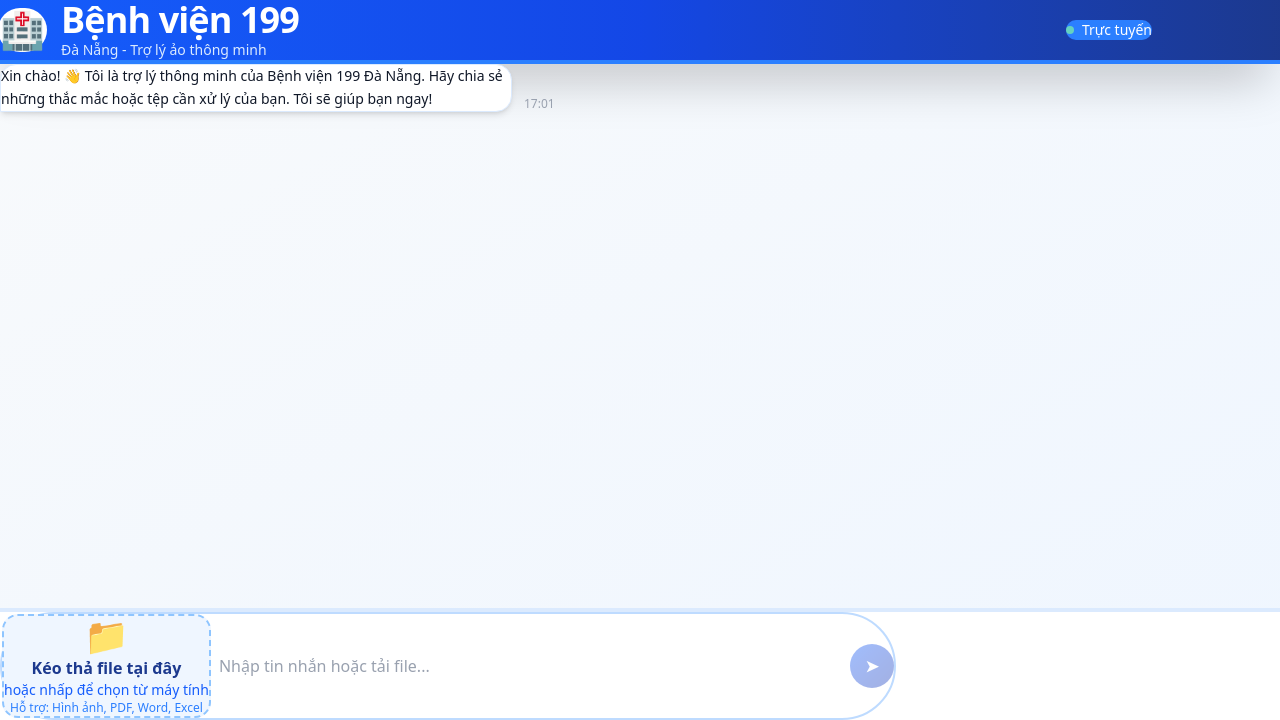
Repository: France2003/B-nh_Vi-n_199
Page: /
These files come from the project's save history. The page is drawn as it stood at one moment and after the next save; the edit follows.
The browser window is 1280 px wide. The pictures show the whole page.
The project was rebuilt for these pictures with package versions that can differ from the ones it lists, and the page was loaded fresh each time. Also part of the build but not shown: vite.config.ts, src/App.css, src/components/FilePreview.tsx.

Above is the page before, as saved 2026-01-10 00:11:07.

### index.html
<!doctype html>
<html lang="en">
  <head>
    <meta charset="UTF-8" />
    <link rel="icon" type="image/svg+xml" href="/vite.svg" />
    <meta name="viewport" content="width=device-width, initial-scale=1.0" />
    <title>chat199</title>
  </head>
  <body>
    <div id="root"></div>
    <script type="module" src="/src/main.tsx"></script>
  </body>
</html>

### src/index.css
@import "tailwindcss";

:root {
  --hospital-50: #f0f7fc;
  --hospital-100: #dceef9;
  --hospital-200: #b9def3;
  --hospital-300: #8fcde9;
  --hospital-400: #5ab9dd;
  --hospital-500: #35a4d0;
  --hospital-600: #2a7bb7;
  --hospital-700: #1e5b8d;
  --hospital-800: #0d4a73;
  --hospital-900: #081f2e;
}

* {
  @apply m-0 p-0 box-border;
}

html,
body {
  @apply h-full w-full;
}

body {
  @apply overflow-hidden;
}

#root {
  @apply h-screen w-screen;
}

/* Scrollbar Styling */
::-webkit-scrollbar {
  @apply w-2 h-2;
}

::-webkit-scrollbar-track {
  @apply bg-transparent;
}

::-webkit-scrollbar-thumb {
  background-color: rgb(13, 74, 115, 0.3);
  border-radius: 4px;
}

::-webkit-scrollbar-thumb:hover {
  background-color: rgb(13, 74, 115, 0.5);
}

/* Custom animations */
@keyframes slideIn {
  from {
    opacity: 0;
    transform: translateY(10px);
  }
  to {
    opacity: 1;
    transform: translateY(0);
  }
}

@keyframes bounce {
  0%, 80%, 100% {
    opacity: 0.5;
    transform: translateY(0);
  }
  40% {
    opacity: 1;
    transform: translateY(-10px);
  }
}

.animate-in {
  animation: slideIn 0.3s ease forwards;
}

.delay-200 {
  animation-delay: 200ms;
}

.delay-400 {
  animation-delay: 400ms;
}

.slide-in-from-bottom-2 {
  --tw-enter-translate-y: 8px;
}

### src/App.tsx
import './App.css'
import { ChatBot } from './components/ChatBot'

function App() {
  return <ChatBot />
}

export default App

### src/components/ChatBot.tsx
import React, { useState, useRef, useEffect } from 'react';
import type { Message, UploadedFile } from '../types';
import { ChatMessage } from './ChatMessage';
import { FileUploader } from './FileUploader';
import { FilePreview } from './FilePreview';

export const ChatBot: React.FC = () => {
  const [messages, setMessages] = useState<Message[]>([
    {
      id: '1',
      type: 'bot',
      content: 'Xin chào! 👋 Tôi là trợ lý thông minh của Bệnh viện 199 Đà Nẵng. Hãy chia sẻ những thắc mắc hoặc tệp cần xử lý của bạn. Tôi sẽ giúp bạn ngay!',
      timestamp: new Date(),
    },
  ]);

  const [uploadedFiles, setUploadedFiles] = useState<UploadedFile[]>([]);
  const [inputValue, setInputValue] = useState('');
  const [isLoading, setIsLoading] = useState(false);
  const messagesEndRef = useRef<HTMLDivElement>(null);
  const inputRef = useRef<HTMLInputElement>(null);

  const scrollToBottom = () => {
    messagesEndRef.current?.scrollIntoView({ behavior: 'smooth' });
  };

  useEffect(() => {
    scrollToBottom();
  }, [messages]);

  const handleFilesUpload = (files: UploadedFile[]) => {
    setUploadedFiles((prev) => [...prev, ...files]);
  };

  const handleFileDescriptionChange = (fileId: string, description: string) => {
    setUploadedFiles((prev) =>
      prev.map((file) =>
        file.id === fileId ? { ...file, description } : file
      )
    );
  };

  const handleRemoveFile = (fileId: string) => {
    setUploadedFiles((prev) => prev.filter((file) => file.id !== fileId));
  };

  const handleSendMessage = async () => {
    if (!inputValue.trim() && uploadedFiles.length === 0) return;

    setIsLoading(true);

    // Create user message
    const userMessage: Message = {
      id: `${Date.now()}`,
      type: 'user',
      content: inputValue,
      timestamp: new Date(),
      files: uploadedFiles.length > 0 ? [...uploadedFiles] : undefined,
    };

    setMessages((prev) => [...prev, userMessage]);
    setInputValue('');
    setUploadedFiles([]);

    // Simulate bot response
    setTimeout(() => {
      const botMessage: Message = {
        id: `${Date.now() + 1}`,
        type: 'bot',
        content: generateBotResponse(userMessage),
        timestamp: new Date(),
      };
      setMessages((prev) => [...prev, botMessage]);
      setIsLoading(false);
    }, 1000);
  };

  const generateBotResponse = (userMessage: Message): string => {
    if (userMessage.files && userMessage.files.length > 0) {
      const fileCount = userMessage.files.length;
      const fileNames = userMessage.files.map((f) => f.name).join(', ');
      return `✓ Đã nhận ${fileCount} tệp: ${fileNames}. ${
        userMessage.content
          ? `Yêu cầu: ${userMessage.content}`
          : 'Đang xử lý tệp của bạn...'
      }`;
    }

    const responses = [
      '✓ Cảm ơn bạn đã liên hệ! Chúng tôi đang xử lý yêu cầu của bạn.',
      '✓ Bệnh viện 199 sẵn sàng hỗ trợ! Hãy cho tôi biết thêm thông tin chi tiết.',
      '✓ Tôi đã ghi nhận thông tin của bạn. Có gì khác tôi có thể giúp?',
      '✓ Cảm ơn bạn đã tin tưởng dịch vụ của chúng tôi! 🏥',
    ];

    return responses[Math.floor(Math.random() * responses.length)];
  };

  const handleKeyPress = (e: React.KeyboardEvent<HTMLInputElement>) => {
    if (e.key === 'Enter' && !e.shiftKey) {
      e.preventDefault();
      handleSendMessage();
    }
  };

  return (
    <div className="flex flex-col h-screen bg-gradient-to-br from-slate-50 to-blue-50">
      {/* Header */}
      <header className="bg-gradient-to-r from-blue-600 via-blue-700 to-blue-900 text-white shadow-2xl px-8 py-6 border-b-4 border-blue-500">
        <div className="max-w-6xl mx-auto">
          <div className="flex items-center justify-between">
            <div className="flex items-center gap-4">
              <div className="bg-white bg-opacity-20 p-3 rounded-full backdrop-blur-sm ring-2 ring-white ring-opacity-30">
                <span className="text-4xl">🏥</span>
              </div>
              <div>
                <h1 className="text-4xl font-bold tracking-tight">Bệnh viện 199</h1>
                <p className="text-blue-100 text-sm mt-1">Đà Nẵng - Trợ lý ảo thông minh</p>
              </div>
            </div>
            <div className="text-right">
              <div className="flex items-center gap-2 bg-blue-500 bg-opacity-40 px-3 py-2 rounded-full">
                <div className="w-2 h-2 bg-green-300 rounded-full animate-pulse"></div>
                <span className="text-sm font-medium">Trực tuyến</span>
              </div>
            </div>
          </div>
        </div>
      </header>

      {/* Chat Container */}
      <div className="flex-1 overflow-y-auto px-8 py-8">
        <div className="max-w-4xl mx-auto flex flex-col gap-5">
          {messages.map((message) => (
            <ChatMessage key={message.id} message={message} />
          ))}
          {isLoading && (
            <div className="flex items-end gap-3">
              <div className="flex gap-2 bg-white px-5 py-4 rounded-3xl shadow-md">
                <div className="w-3 h-3 bg-blue-500 rounded-full animate-bounce"></div>
                <div className="w-3 h-3 bg-blue-500 rounded-full animate-bounce" style={{animationDelay: '0.2s'}}></div>
                <div className="w-3 h-3 bg-blue-500 rounded-full animate-bounce" style={{animationDelay: '0.4s'}}></div>
              </div>
            </div>
          )}
          <div ref={messagesEndRef} />
        </div>
      </div>

      {/* Input Area */}
      <footer className="bg-white border-t-4 border-blue-100 px-8 py-6">
        <div className="max-w-4xl mx-auto">
          {uploadedFiles.length > 0 && (
            <div className="mb-5">
              <FilePreview
                files={uploadedFiles}
                onDescriptionChange={handleFileDescriptionChange}
                onRemove={handleRemoveFile}
              />
            </div>
          )}

          <div className="flex gap-4 items-end">
            <div className="flex-1 bg-white border-2 border-blue-200 rounded-full px-4 py-3 flex items-center gap-2 transition-all focus-within:border-blue-500 focus-within:shadow-lg focus-within:ring-2 focus-within:ring-blue-100 hover:border-blue-300">
              <div className="flex-shrink-0">
                <FileUploader onFilesUpload={handleFilesUpload} showLabel={false} />
              </div>

              <input
                ref={inputRef}
                type="text"
                value={inputValue}
                onChange={(e) => setInputValue(e.target.value)}
                onKeyPress={handleKeyPress}
                placeholder="Nhập tin nhắn hoặc tải file..."
                className="flex-1 text-gray-900 placeholder-gray-400 bg-transparent focus:outline-none text-base font-medium"
                disabled={isLoading}
              />

              <button
                onClick={handleSendMessage}
                className="w-11 h-11 rounded-full bg-gradient-to-br from-blue-600 to-blue-800 text-white font-bold flex items-center justify-center transition-all duration-300 hover:shadow-lg hover:scale-110 active:scale-95 disabled:opacity-40 disabled:cursor-not-allowed flex-shrink-0"
                disabled={isLoading || (!inputValue.trim() && uploadedFiles.length === 0)}
                title="Gửi (Enter)"
              >
                {isLoading ? '⏳' : '➤'}
              </button>
            </div>
          </div>
        </div>
      </footer>
    </div>
  );
};

### src/components/ChatMessage.tsx
import React from 'react';
import type { Message } from '../types';

interface ChatMessageProps {
  message: Message;
}

export const ChatMessage: React.FC<ChatMessageProps> = ({ message }) => {
  const isUser = message.type === 'user';

  return (
    <div className={`flex gap-3 ${isUser ? 'justify-end' : 'justify-start'} animate-in fade-in slide-in-from-bottom-2 duration-300`}>
      <div className={`max-w-xs md:max-w-md lg:max-w-lg px-5 py-4 rounded-2xl break-words shadow-md ${
        isUser
          ? 'bg-gradient-to-br from-blue-600 to-blue-700 text-white rounded-br-none'
          : 'bg-white text-gray-900 rounded-bl-none border border-blue-100'
      }`}>
        <p className="text-sm leading-relaxed mb-2 last:mb-0 font-medium">{message.content}</p>

        {message.files && message.files.length > 0 && (
          <div className="flex flex-wrap gap-3 mt-3 pt-3 border-t border-current border-opacity-10">
            {message.files.map((file) => (
              <div key={file.id} className="flex flex-col items-start gap-2">
                {file.type === 'image' && file.preview ? (
                  <img src={file.preview} alt={file.name} className="w-32 h-32 object-cover rounded-lg shadow-sm hover:shadow-md transition-shadow" />
                ) : (
                  <div className={`w-28 h-28 flex items-center justify-center rounded-lg shadow-sm ${isUser ? 'bg-white bg-opacity-20' : 'bg-blue-50'}`}>
                    <svg className={`w-10 h-10 ${isUser ? 'text-white' : 'text-blue-600'}`} viewBox="0 0 24 24" fill="none" stroke="currentColor" strokeWidth="2">
                      <path d="M13 2H6a2 2 0 0 0-2 2v16a2 2 0 0 0 2 2h12a2 2 0 0 0 2-2V9z"></path>
                      <polyline points="13 2 13 9 20 9"></polyline>
                    </svg>
                  </div>
                )}
                {file.description && (
                  <p className={`text-xs max-w-xs ${isUser ? 'text-blue-100' : 'text-gray-600'}`}>{file.description}</p>
                )}
              </div>
            ))}
          </div>
        )}
      </div>

      <div className="flex flex-col items-center justify-end">
        <p className={`text-xs mt-1 font-medium ${isUser ? 'text-blue-100' : 'text-gray-400'}`}>
          {message.timestamp.toLocaleTimeString('vi-VN', {
            hour: '2-digit',
            minute: '2-digit',
          })}
        </p>
      </div>
    </div>
  );
};

### src/components/FileUploader.tsx
import React, { useState, useRef } from 'react';
import type { UploadedFile } from '../types';

interface FileUploaderProps {
  onFilesUpload: (files: UploadedFile[]) => void;
  showLabel?: boolean;
}

export const FileUploader: React.FC<FileUploaderProps> = ({ onFilesUpload, showLabel = true }) => {
  const [isDragActive, setIsDragActive] = useState(false);
  const fileInputRef = useRef<HTMLInputElement>(null);

  const handleDrag = (e: React.DragEvent) => {
    e.preventDefault();
    e.stopPropagation();
    if (e.type === 'dragenter' || e.type === 'dragover') {
      setIsDragActive(true);
    } else if (e.type === 'dragleave') {
      setIsDragActive(false);
    }
  };

  const processFiles = (files: FileList) => {
    const uploadedFiles: UploadedFile[] = [];

    Array.from(files).forEach((file) => {
      const isImage = file.type.startsWith('image/');
      const uploadedFile: UploadedFile = {
        id: `${Date.now()}-${Math.random()}`,
        name: file.name,
        type: isImage ? 'image' : 'file',
        file,
      };

      if (isImage) {
        const reader = new FileReader();
        reader.onload = (e) => {
          uploadedFile.preview = e.target?.result as string;
        };
        reader.readAsDataURL(file);
      }

      uploadedFiles.push(uploadedFile);
    });

    onFilesUpload(uploadedFiles);
  };

  const handleDrop = (e: React.DragEvent) => {
    e.preventDefault();
    e.stopPropagation();
    setIsDragActive(false);

    if (e.dataTransfer.files && e.dataTransfer.files[0]) {
      processFiles(e.dataTransfer.files);
    }
  };

  const handleChange = (e: React.ChangeEvent<HTMLInputElement>) => {
    if (e.target.files) {
      processFiles(e.target.files);
    }
  };

  return (
    <div
      className={`border-2 border-dashed rounded-2xl p-8 text-center transition-all cursor-pointer mb-5 ${
        isDragActive
          ? 'border-blue-500 bg-blue-50 shadow-lg scale-105'
          : 'border-blue-300 bg-blue-50 hover:bg-blue-100 hover:border-blue-400'
      }`}
      onDragEnter={handleDrag}
      onDragLeave={handleDrag}
      onDragOver={handleDrag}
      onDrop={handleDrop}
    >
      <input
        ref={fileInputRef}
        type="file"
        multiple
        onChange={handleChange}
        accept="image/*,.pdf,.doc,.docx,.xls,.xlsx,.txt"
        className="hidden"
      />
      <div className="pointer-events-none">
        <div className="text-4xl mb-3">📁</div>
        <p className="m-0 mb-2 text-base font-bold text-blue-900">Kéo thả file tại đây</p>
        <p className="m-0 text-sm text-blue-600 mb-3">hoặc nhấp để chọn từ máy tính</p>
        <p className="m-0 text-xs text-blue-500">Hỗ trợ: Hình ảnh, PDF, Word, Excel</p>
      </div>
    </div>
  );
};

Loaded but not shown: src/main.tsx (common file)

After the next save:
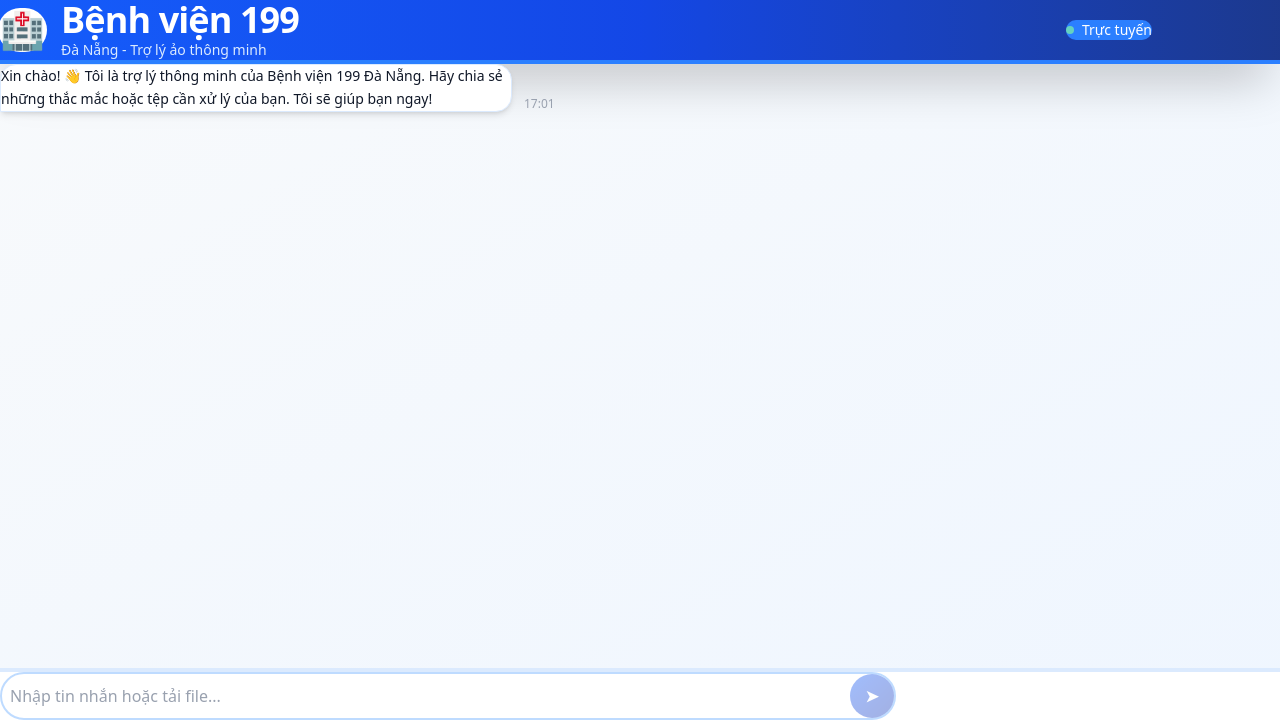
Saved 6 s later.
--- a/src/components/FileUploader.tsx
+++ b/src/components/FileUploader.tsx
@@ -62,6 +62,20 @@
     }
   };
 
+  if (!showLabel) {
+    return (
+      <input
+        ref={fileInputRef}
+        type="file"
+        multiple
+        onChange={handleChange}
+        accept="image/*,.pdf,.doc,.docx,.xls,.xlsx,.txt"
+        className="hidden"
+        id="file-upload-input"
+      />
+    );
+  }
+
   return (
     <div
       className={`border-2 border-dashed rounded-2xl p-8 text-center transition-all cursor-pointer mb-5 ${
